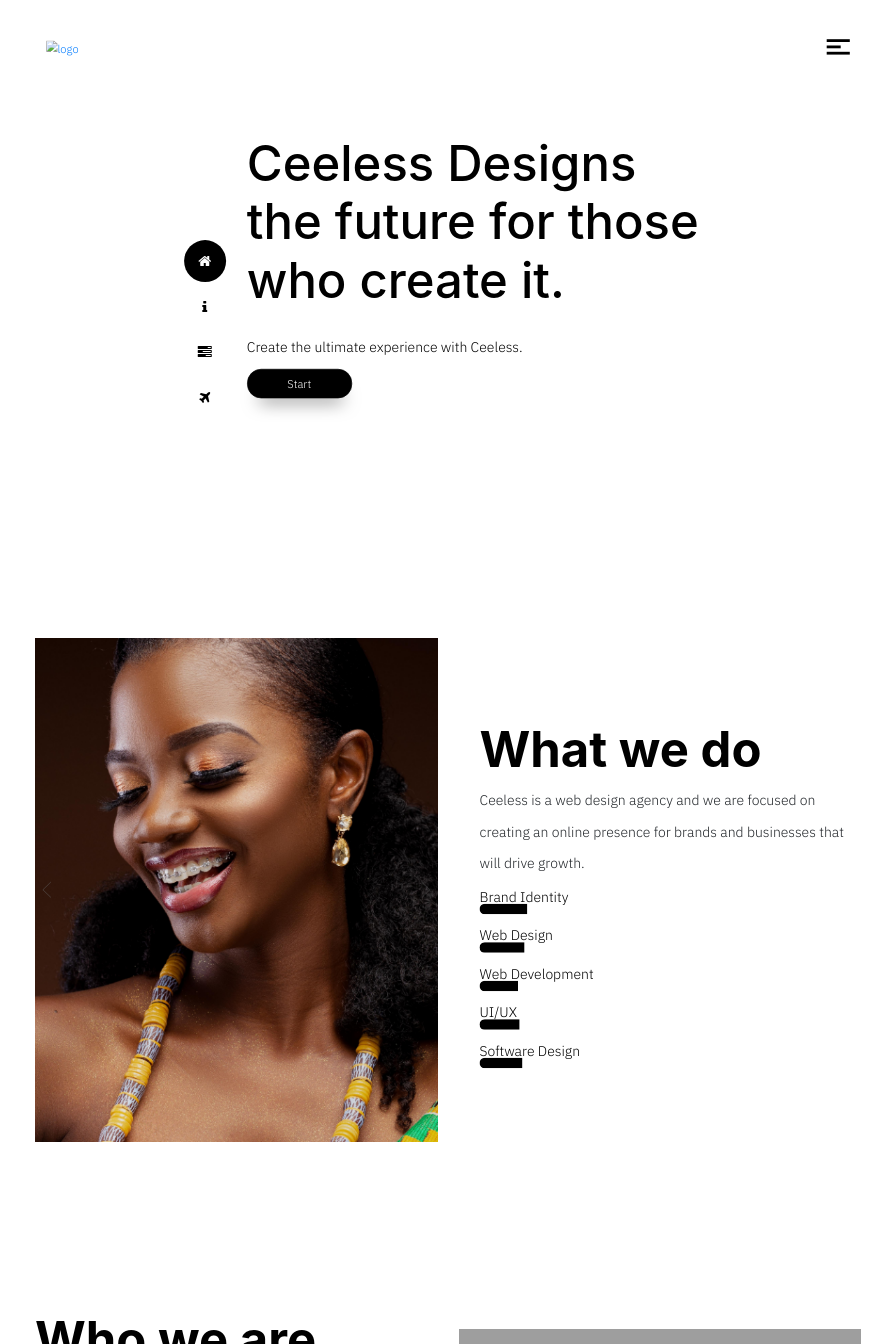
Repository: Licorne-Technologies/Ceeless-v2
Page: index.html
These files come from the project's save history. The page is drawn as it stood at one moment and after the next save; the edit follows.
The browser window is 1280 px wide. The pictures show the part of the page from y = 0 to 1920 px (the page is 3317 px tall), at 70% of full size.
Pictures or frames that could not be fetched are drawn as grey boxes. Some web libraries are served in a nearby version. The style sheet was rebuilt from its Sass, Less or Tailwind sources for each picture, by a compiler version that may differ from the author's.

Above is the page before, as saved 2020-06-15 14:29:59.

### index.html
<!DOCTYPE html>
<html lang="en">
<head>
    <meta charset="UTF-8">
    <meta name="viewport" content="width=device-width, initial-scale=1.0">
    <!-- UIkit CSS -->
    <link rel="stylesheet" href="https://cdn.jsdelivr.net/npm/uikit@3.5.4/dist/css/uikit.min.css" />
    <!--Bootstrap-->
    <link rel="stylesheet" href="https://stackpath.bootstrapcdn.com/bootstrap/4.4.1/css/bootstrap.min.css" integrity="sha384-Vkoo8x4CGsO3+Hhxv8T/Q5PaXtkKtu6ug5TOeNV6gBiFeWPGFN9MuhOf23Q9Ifjh" crossorigin="anonymous">
    <!--Font awesome -->
    <link rel="stylesheet" href="https://stackpath.bootstrapcdn.com/font-awesome/4.7.0/css/font-awesome.min.css">
    <!--Stylesheet-->
    <link rel="stylesheet" href="css/stylesheet.css">
    <title>Ceeless || Licorne Technologies</title>
</head>
<body>
 <main class="wrapper pt-5">
     <!--Navigation Bar-->
    <header class="navbar">
        <div class="logo">
            <a href="index.html">
                <img src="" alt="logo">
            </a>
        </div>
        <div class="menu">
            <a class="menuIcon" href="#modal-full" uk-toggle>
                <span class="long-bar"></span>
                <span class="short-bar"></span>
                <span class="long-bar"></span>
            </a>
        </div>
        <!--Menu Modal-->
        <div id="modal-full" class="uk-modal-full" uk-modal>
            <div class="uk-modal-dialog">
                <button class="uk-modal-close-full uk-close-large" type="button" uk-close></button>
                <div class="row">
                    <div class="col">
                        <div class="menuItems">
                            <ul class="menuList">
                                <li>
                                    <a href="index.html" class="active"><i class="fa fa-home"></i>Home</a>
                                </li>
                                <li>
                                    <a href="#"><i class="fa fa-info"></i>About</a>
                                </li>
                                <li>
                                    <a href="#"><i class="fa fa-tasks" aria-hidden="true"></i>Portfolio</a>
                                </li>
                                <li>
                                    <a href="#"><i class="fa fa-plane"></i>Contact</a>
                                </li>
                            </ul>
                        </div>
                    </div>
                <div class="col"></div>
                </div>
            </div>
        </div>
    </header>
    <!--End of Navigation Bar-->



    <!--Jumbotron-->
    <section class="jumboText">
        <div class="row">
            <div class="col-3">
                <!--Menu icons-->
                <div class="menuItems">
                    <ul class="menuList">
                        <li>
                            <a href="index.html" class="active"><i class="fa fa-home"></i></a>
                        </li>
                        <li>
                            <a href="#"><i class="fa fa-info"></i></a>
                        </li>
                        <li>
                            <a href="#"><i class="fa fa-tasks" aria-hidden="true"></i></a>
                        </li>
                        <li>
                            <a href="#"><i class="fa fa-plane"></i></a>
                        </li>
                    </ul>
                </div>
            </div>
            <div class="col-9">
                <div class="message card w-75">
                    <!--Message Text-->
                    <h1>Ceeless Designs the future for those who create it.</h1>
                    <p>Create the ultimate experience with Ceeless.</p>
                    <!--Action Btn-->
                    <a href="#" class="action-btn">Start</a>
                </div>

            </div>
        </div>
    </section>
    <!--End of Jumbotron-->

    <!--Portfolio and What We Do Section-->
    <section class="comboSection">
        <div class="row">
            <div class="col">
                <!--Portfolio Gallery-->
                <div uk-slideshow="autoplay: true; autoplay-interval: 2000; pause-on-hover: true; animation: fade;" >
                    <ul class="uk-slideshow-items" uk-height-viewport="min-height: 300">
                        <li>
                            <img src="assets/DemoImage1.jpg" alt="" uk-cover>
                        </li>
                        <li>
                            <img src="assets/DemoImage2.jpg" alt="" uk-cover>
                        </li>
                        <li>
                            <img src="assets/DemoImage3.jpg" alt="" uk-cover>
                        </li>
                    </ul>
                    <a class="uk-position-center-left uk-position-small uk-hidden-hover" href="#" uk-slidenav-previous uk-slideshow-item="previous"></a>
                    <a class="uk-position-center-right uk-position-small uk-hidden-hover" href="#" uk-slidenav-next uk-slideshow-item="next"></a>
                </div>
            </div>
            <div class="col">
                <h2 class="title pt-5">What we do</h2>
                <p>Ceeless is a web design agency and we are focused on creating an online presence for brands and businesses that will drive growth.</p>
                <!--What we do Progress bar-->
                <ul class="progressList">
                    <li>Brand Identity
                        <progress id="brandIdentity-progressbar" class="uk-progress uk-progress-dark" value="10" max="80"></progress>
                    </li>
                    <li>Web Design
                        <progress id="webDesign-progressbar" class="uk-progress uk-progress-dark" value="10" max="85"></progress>
                    </li>
                    <li>Web Development
                        <progress id="webDev-progressbar" class="uk-progress uk-progress-dark" value="10" max="100"></progress>
                    </li>
                    <li>UI/UX
                        <progress id="uiUx-progressbar" class="uk-progress uk-progress-dark" value="10" max="95"></progress>
                    </li>
                    <li>Software Design
                        <progress id="softwareDesign-progressbar" class="uk-progress uk-progress-dark" value="10" max="90"></progress>
                    </li>
                </ul>
            </div>
        </div>
    </section>
    <!--End of section-->

    <!--About us-->
    <section class="aboutUs">
        <div class="row">
            <div class="col">
                <h2 class="title">Who we are</h2>
                <p>Ceeless is a web design and development agency founded in 2016, it became part of the Licorne Technology group in February 2020.</p>
                <p>Ceeless is focused on supporting Nigerian brands and businesses online.</p>
            </div>
            <div class="col right">
                <div class="teamGallery">
                    <div class="uk-visible-toggle uk-light" tabindex="-1" uk-slideshow="animation: fade; autoplay: true;  autoplay-interval: 3000; pause-on-hover: true ">

                        <ul class="uk-slideshow-items">
                            <li>
                                <img src="assets/DemoImage3.jpg" alt="" uk-cover>
                                <div class="uk-overlay uk-overlay-primary uk-position-bottom">
                                    <p>Default Lorem ipsum dolor sit amet, consectetur adipiscing elit.</p>
                                </div>
                            </li>
                            <li>
                                <img src="assets/DemoImage2.jpg" alt="" uk-cover>
                                <div class="uk-overlay uk-overlay-primary uk-position-bottom">
                                    <p>Default Lorem ipsum dolor sit amet, consectetur adipiscing elit.</p>
                                </div>
                            </li>
                            <li>
                                <img src="assets/DemoImage1.jpg" alt="" uk-cover>
                                <div class="uk-overlay uk-overlay-primary uk-position-bottom">
                                    <p>Default Lorem ipsum dolor sit amet, consectetur adipiscing elit.</p>
                                </div>
                            </li>
                        </ul>

                        <a class="uk-position-center-left uk-position-small uk-hidden-hover" href="#" uk-slidenav-previous uk-slideshow-item="previous"></a>
                        <a class="uk-position-center-right uk-position-small uk-hidden-hover" href="#" uk-slidenav-next uk-slideshow-item="next"></a>

                    </div>
                </div>
            </div>
        </div>
    </section>
    <!--End of section-->

    <section class="contactUs">
        <div class="row">
            <div class="col">
                <div>
                    <div class="uk-inline">
                        <img src="assets/formBg.jpg" alt="">
                        <div class="uk-overlay-primary uk-position-cover"></div>
                        <div class="uk-overlay uk-position-bottom uk-light">
                            <h2 class="title">Work with us</h2>
                            <h5>on your next project or get in touch for a chat.</h5>
                        </div>
                    </div>
                </div>
            </div>
            <div class="col">
                <div class="form">
                    <form id="contactForm" method="POST" action="">
                        <div class="formRow">
                            <input type="text" placeholder="Name" required />
                            <div class="error"></div>
                        </div>
                        <div class="formRow">
                            <input type="email" placeholder="Email" required />
                            <div class="error"></div>
                        </div>
                        <div class="formRow">
                            <input type="text" placeholder="Phone Number" required />
                            <div class="error"></div>
                        </div>
                        <div class="formRow">
                            <textarea placeholder="Tell us about your project" required></textarea>
                            <div class="error"></div>
                        </div>
                    </form>
                </div>
                <!--form-->
            </div>
        </div>
    </section>
 </main>
 <footer class="footer">
     <p>&copy;Ceeless Designs | Licorne Technologies</p>
 </footer>

<!-- UIkit JS -->
<script src="https://cdn.jsdelivr.net/npm/uikit@3.5.4/dist/js/uikit.min.js"></script>
<script src="https://cdn.jsdelivr.net/npm/uikit@3.5.4/dist/js/uikit-icons.min.js"></script>
</body>
</html>

### css/stylesheet.scss
@import 'variables';
@import 'footer';
@import 'contact';
@import 'aboutUs';
@import 'whatWeDo';
@import 'portfolio';
@import 'jumbotron';
@import 'navbar';

*{
    margin: 0;
    padding: 0;
    text-decoration: none;
    list-style: none;
    font-family: $font;
}
 section {
    height: 100vh;
    padding: 30px 0px;
    margin-bottom: 70px;
}

.title {
    color: $dark;
    font-size: $fontLarge;
    font-weight: $fontHeavy;
}
@media screen and (min-width: 760px){
    .wrapper {
        margin: 0 50px;
    }
}

### css/_variables.scss
@import url('https://fonts.googleapis.com/css2?family=IBM+Plex+Sans:wght@300;700&display=swap');

$font: 'IBM Plex Sans', sans-serif;
$fontLight: 300;
$fontHeavy: 700;
$fontLarge: 70px;
$fontSmall: 45px;
$fontText: 20px;
$fontTextSm: 16px;
$dark: black;
$light: white;
$box-shadow: 0 5px 15px rgba(0,0,0,0.08);
$btn-shadow: 2px 20px 25px -15px rgba(0, 0, 0, 0.54);
$text-shadow: 2px 2px 4px rgba(0, 0, 0, 0.377);

### css/footer.scss
@import 'variables';

.footer {
    background-color: $dark;
    display: flex;
    align-items: center;
    p{
        color: $light;
        font-size: $fontText;
        padding: 10px;
    }
}

### css/contact.scss
@import 'variables';

.contactUs {
        height: 100vh;
        background-color: rgba(35,35,36, .9);
        background-size: cover;
    .title, h5{
        color: $light;
    }

    img {
        max-height: 100vh;
        width: 100%;
    }

    .form{
        display: flex;
        flex-direction: column;
        align-items: center;

        .formRow {
            margin: 10px 0;

            input, textarea {
                border: none;
                border-bottom: 2px solid $light;
                padding: 10px;
                color: $light;
            }

            input::placeholder, textarea::placeholder {
                color: $light;
                line-height: $fontText;
                padding: 5px;
            }
        }
    }
}

### css/aboutUs.scss
@import 'variables';

.aboutUs {

    .col {
    height: 100vh;
    display: flex;
    flex-direction: column;
    justify-content: center;

    .right {
        background-color: $dark;
        height: 100vh;
        width: 100%;
    }
    }
    .title {
        padding-bottom: 30px;
    }
    p {
        font-size: $fontText;
        line-height: $fontSmall;
        font-weight: $fontLight;
    }
}

### css/whatWeDo.scss
@import 'variables';

.comboSection {

    .col {
        height: 100vh;
    display: flex;
    flex-direction: column;
    justify-content: center;
    }
    .title, p {
        padding-left: 30px;
    }
    p{
        font-size: $fontText;
        line-height: $fontSmall;
        font-weight: $fontLight;
    }
    .progressList {
        li{
            color: $dark;
            font-weight: 500;
            line-height: $fontText;
            font-size: $fontText;
            font-family: $font;
        }
    }
    .uk-progress { // this is its background, you could add those to your created classes if you want to also modify this color
        &::-webkit-progress-bar { background-color: $light; }
        &::-moz-progress-bar { background-color: $light; }
    }
    .uk-progress-dark { // created class for customisation
        &::-webkit-progress-value { background-color:$dark; } // those are the overflowing colors
        &::-ms-fill { background-color: $dark; }
    }

}

### css/jumbotron.scss
@import 'variables';

.jumboText {
    height: 100vh;
    display: flex;
    flex-direction: column;
    align-items: center;

    .card {
        border: none;
    }

    .menuItems {
        background-color: $light;
        display: flex;
        flex-direction: column;
        align-items: flex-end;

        a {
            font-size: $fontText;
            color: $dark;

            .fa {
                background-color: $light;
                color: $dark;
                margin-right: 0px;
                margin-bottom: 5px;
                height: 60px;
                width: 60px;
            }

            &:hover {
                .fa {
                    background-color: $dark;
                    color: $light;
                    transform: scale(1.2);
                }
            }
        }

        a.active {
            .fa {
                background-color: $dark;
                color: $light;
            }
        }
    }
}
.message {
    display: flex;
    flex-direction: column;
    align-items: flex-start;
    padding-top: 70px;
    h1{
        font-size: $fontLarge;
        color: $dark;
    }
    p{
        padding-top: 30px;
        font-size: $fontText;
        color: $dark;
    }
}
a.action-btn {
    border: 1px solid $dark;
    background-color: $dark;
    width: 150px;
    border-radius: 20px;
    padding: 10px;
    box-shadow: $btn-shadow;
    color: $light;
    text-align: center;
    line-height: 20px;
    &:hover{
        text-decoration: none;
    }

}

### css/navbar.scss
@import 'variables';

.navbar {
    display: flex;
    width: 100%;
    justify-content: space-between;
}

.menuIcon {
    display: flex;
    flex-direction: column;
        .long-bar,.short-bar{
            border: 2px solid $dark;
            margin-bottom: 5px;
        }
        .long-bar{
            width: 33px;
        }
        .short-bar{
            width: 20px;
        }

        &:hover{
            .long-bar{
                width: 20px;
                transition: width 300ms ease-in-out 0s;

            }
            .short-bar{
                width: 33px;

            }
        }
}

.uk-modal-full {
    height: 100vh;
    background-color: $dark;
    overflow: hidden;
}
.uk-modal-close-full, .uk-close-large, .menuItems{
    background-color: $dark;
    color: $light;
}
.menuItems {
    height: 100vh;
    display: flex;
    flex-direction: column;
    justify-content: center;
}
.menuList {
    li {
        a {
            display: flex;
            align-items: center;
            color: $light;
            font-size: $fontSmall;
            line-height: $fontSmall;

            .fa {
                display: flex;
                justify-content: center;
                align-items: center;
                height: 100px;
                width: 100px;
                border-radius: 50%;
                background-color: $dark;
                color: $light;
                margin-right: 7px;
            }

            &:hover {
                text-decoration: none;

                .fa{
                    background-color: $light;
                    color: $dark;
                }
            }
        }
    }
}

Loaded but not shown: css/portfolio.scss (common file)

After the next save:
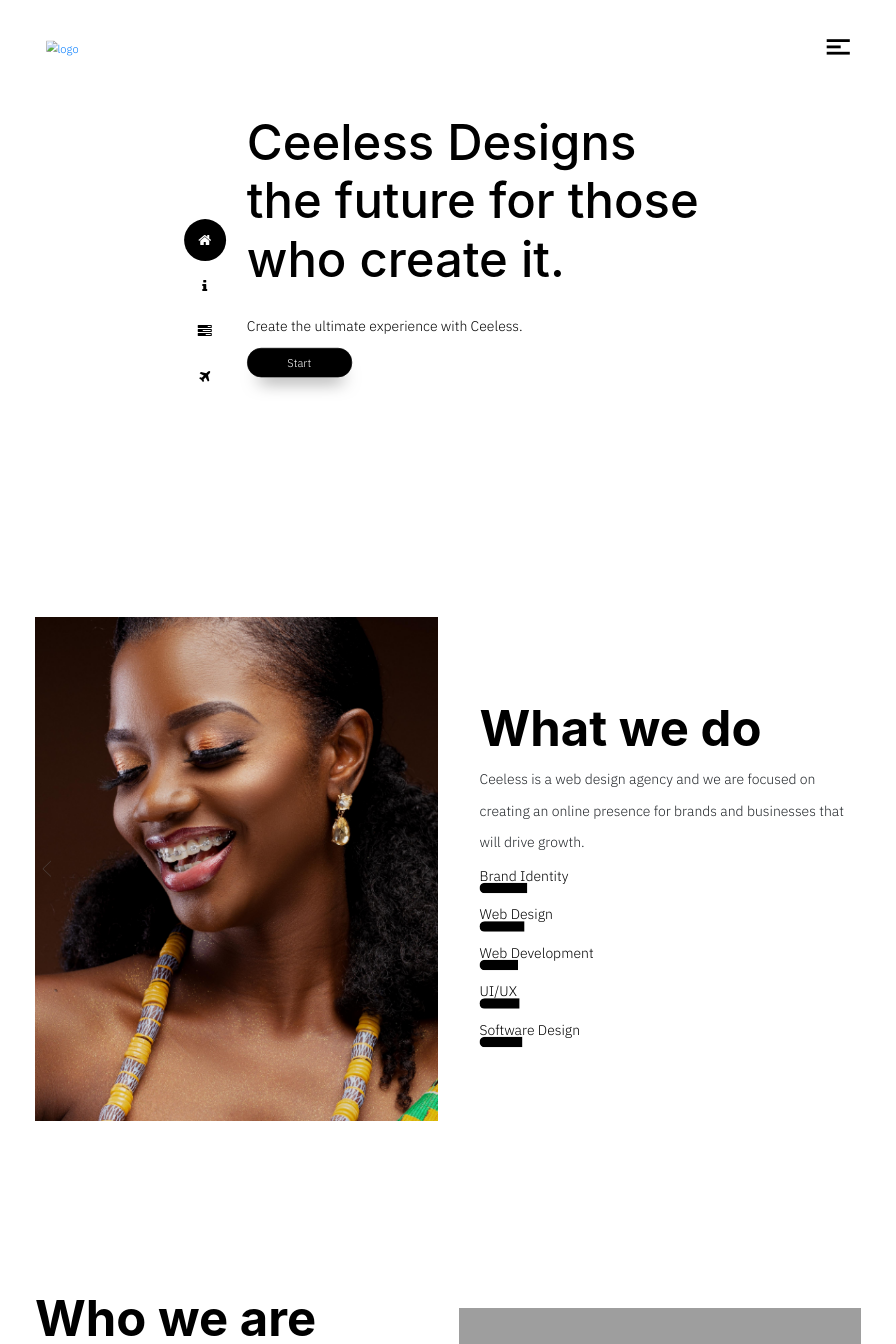
Saved 81 s later.
--- a/css/stylesheet.scss
+++ b/css/stylesheet.scss
@@ -16,7 +16,6 @@
 }
  section {
     height: 100vh;
-    padding: 30px 0px;
     margin-bottom: 70px;
 }
 
